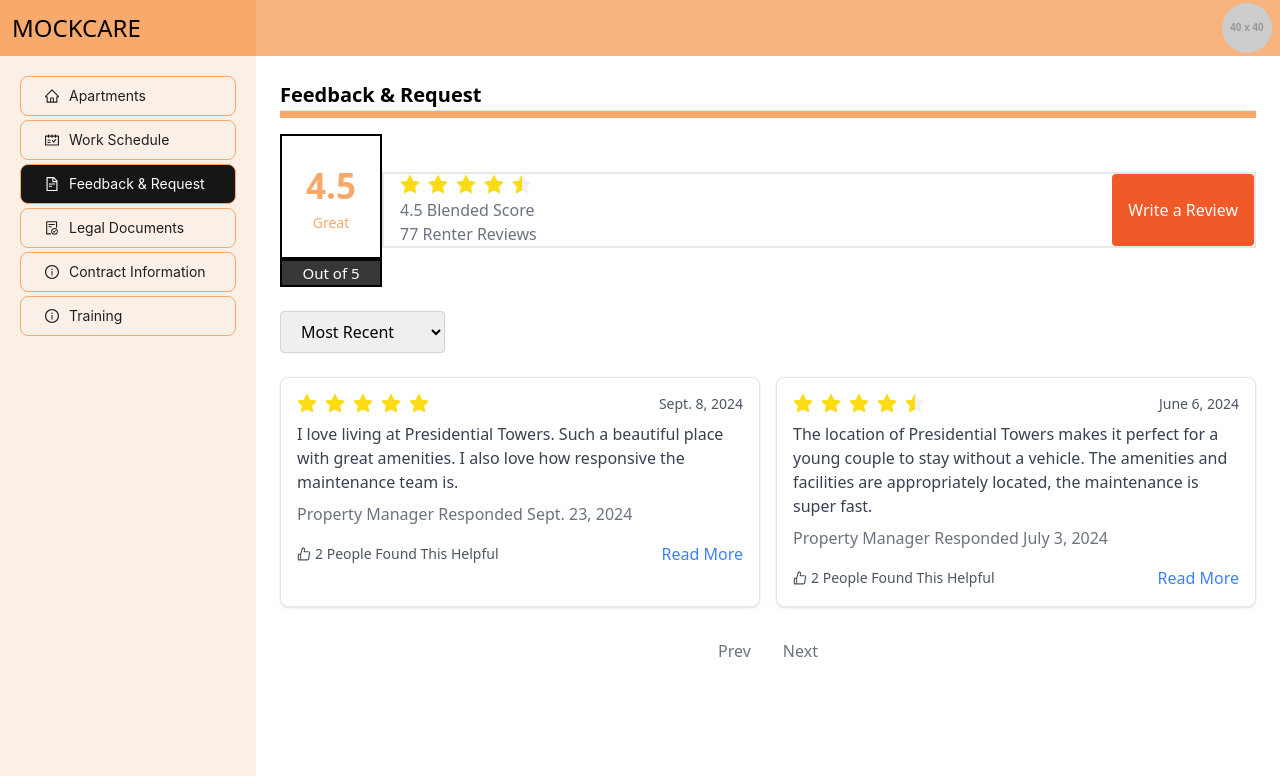
Repository: dunh-real/MockProject_102024_Nhom4
Page: / (app in frontend/)
An editor plug-in stored every save of this project. The page is shown before and after the next save, followed by the edit.
The browser window is 1280 px wide. The pictures show the whole page.
The project was rebuilt for these pictures with package versions that can differ from the ones it lists, and the page was loaded fresh each time. Also part of the build but not shown: frontend/vite.config.js, frontend/vite.config.ts, frontend/src/App.css, frontend/src/component/ReviewModal.tsx.

Above is the page before, as saved 2024-10-09 13:12:46.

### frontend/src/App.tsx

import './App.css'
import ReviewList from './pages/Feedback&Request/Feedback&Request'
// import LoginForm from './pages/Login/Login'

function App() {


  return (
    <>
      {/* <LoginForm/> */}
      <ReviewList/>
    </>
  )
}

export default App

### frontend/src/pages/Feedback&Request/Feedback&Request.tsx
import React, { useState } from 'react';
import { Rate } from 'antd'; // Dùng Antd cho Rate, có thể thay thế bằng biểu tượng của Tailwind nếu cần
import { LikeOutlined } from '@ant-design/icons';
import ReviewModal from '../../component/ReviewModal';
import Sidebar from '../../component/Sidebar';

interface Review {
    date: string;
    rating: number;
    text: string;
    managerResponse: string;
    helpfulCount: number;
}

const reviews: Review[] = [
    {
        date: 'Sept. 8, 2024',
        rating: 5,
        text: 'I love living at Presidential Towers. Such a beautiful place with great amenities. I also love how responsive the maintenance team is.',
        managerResponse: 'Property Manager Responded Sept. 23, 2024',
        helpfulCount: 2,
    },
    {
        date: 'June 6, 2024',
        rating: 4.5,
        text: 'The location of Presidential Towers makes it perfect for a young couple to stay without a vehicle. The amenities and facilities are appropriately located, the maintenance is super fast.',
        managerResponse: 'Property Manager Responded July 3, 2024',
        helpfulCount: 2,
    },
];

const ReviewList: React.FC = () => {
    const [showModal, setShowModal] = useState<boolean>(false);
    const [page, setPage] = useState<number>(1);

    const handlePageChange = (page: number) => {
        setPage(page);
    };

    const handleSortChange = (value: string) => {
        console.log(`Sort by: ${value}`);
    };

    return (
        <div className=" min-h-screen  bg-gray-50">
            <div className='flex  bg-[#f8a769d9]  justify-between items-center'>
                <div className=' bg-[#f8a769d9] p-3 w-1/5'>
                    <h1 className='text-2xl'>MOCKCARE</h1>
                </div>
                <div className="flex  justify-end">
                    <img
                        src="https://via.placeholder.com/40"
                        alt="Avatar"
                        className="rounded-full w-[50px] h-[50px] mr-2"
                    />
                </div>
            </div>
            <div className="flex">
                <Sidebar />
                <div className="w-4/5 p-6 bg-white">
                    <div className='mb-4'>
                        <h2 className='text-[20px] font-bold'>Feedback & Request</h2>
                        <hr className='h-[8px] bg-[#F8A869]' />
                    </div>
                    <div className="flex justify-between items-center mb-6">
                        <div className="flex flex-col   items-center">
                            <div className=" text-center text-[#F8A869] border-black border-2  p-6 ">
                                <div className=''>
                                    <p className="text-[35px] font-bold">4.5</p>
                                    <p className="text-sm text-[27px]">Great</p>
                                </div>

                            </div>
                            <div className="text-xs w-full border-black border-2 bg-[#000000c8]">
                                <p className='text-white p-1 text-[15px] text-center'>Out of 5</p>
                            </div>
                        </div>
                        <div className='border-2 w-full flex justify-between'>
                            <div className="ml-4 ">
                                <Rate allowHalf defaultValue={4.5} disabled />
                                <div className="text-gray-500">4.5 Blended Score</div>
                                <div className="text-gray-500">77 Renter Reviews</div>
                            </div>
                            <button
                                onClick={() => setShowModal(true)}
                                className="bg-[#f05a28] text-white px-4 py-2 rounded hover:bg-[#f25f30]"
                            >
                                Write a Review
                            </button>
                        </div>
                    </div>
                    <div className="mb-6 flex justify-between">
                        <select
                            onChange={(e) => handleSortChange(e.target.value)}
                            className="border border-gray-300 rounded px-4 py-2"
                        >
                            <option value="recent">Most Recent</option>
                            <option value="highest">Highest Rating</option>
                            <option value="lowest">Lowest Rating</option>
                        </select>
                    </div>
                    <div className="grid grid-cols-1 md:grid-cols-2 gap-4">
                        {reviews.slice((page - 1) * 2, page * 2).map((review, index) => (
                            <div key={index} className="p-4 border border-gray-200 rounded-lg bg-white shadow">
                                <div className="flex justify-between items-center mb-2">
                                    <Rate allowHalf defaultValue={review.rating} disabled />
                                    <span className="text-sm text-gray-600">{review.date}</span>
                                </div>
                                <p className="text-gray-700">{review.text}</p>
                                <p className="text-gray-500 mt-2">{review.managerResponse}</p>
                                <div className="flex justify-between items-center mt-4">
                                    <div className="flex items-center text-sm text-gray-600">
                                        <LikeOutlined className="mr-1" />
                                        {review.helpfulCount} People Found This Helpful
                                    </div>
                                    <button className="text-blue-500">Read More</button>
                                </div>
                            </div>
                        ))}
                    </div>
                    <div className="flex justify-center mt-6">
                        <button
                            onClick={() => handlePageChange(page - 1)}
                            className="px-4 py-2 text-gray-500"
                            disabled={page === 1}
                        >
                            Prev
                        </button>
                        <button
                            onClick={() => handlePageChange(page + 1)}
                            className="px-4 py-2 text-gray-500"
                        >
                            Next
                        </button>
                    </div>
                </div>
            </div>
            {showModal && <ReviewModal setShowModal={setShowModal} />}
        </div>
    );
};

export default ReviewList;

### frontend/src/component/Sidebar.tsx
import { Menu } from 'antd';
import { HomeOutlined, ScheduleOutlined, FileTextOutlined, FileDoneOutlined, InfoCircleOutlined } from '@ant-design/icons';

const Sidebar = () => {
  return (
    <div style={{ width: '20%', minHeight: '100vh', backgroundColor: '#FAF0E8', padding: '1rem' }}>
      <Menu
        defaultSelectedKeys={['feedback']}
        mode="inline"
        style={{ backgroundColor: '#FAF0E8', borderRight: 0 }}
      >
        <Menu.Item
          key="apartments"
          icon={<HomeOutlined />}
          style={{
            padding: '12px 24px',
            border:1, borderStyle:'solid', borderColor:'#F8A869'
          }}
        >
          Apartments
        </Menu.Item>
        <Menu.Item
          key="schedule"
          icon={<ScheduleOutlined />}
          style={{
            padding: '12px 24px',
            border:1, borderStyle:'solid', borderColor:'#F8A869'
          }}
        >
          Work Schedule
        </Menu.Item>
        <Menu.Item
          key="feedback"
          icon={<FileTextOutlined />}
          style={{
            backgroundColor: '#171615',
            color: 'white',
            padding: '12px 24px',
            border:1, borderStyle:'solid', borderColor:'#F8A869'
          }}
        >
          Feedback & Request
        </Menu.Item>
        <Menu.Item
          key="legal"
          icon={<FileDoneOutlined />}
          style={{
            padding: '12px 24px',
            border:1, borderStyle:'solid', borderColor:'#F8A869'
          }}
        >
          Legal Documents
        </Menu.Item>
        <Menu.Item
          key="contract"
          icon={<InfoCircleOutlined />}
          style={{
            padding: '12px 24px',
            border:1, borderStyle:'solid', borderColor:'#F8A869'
          }}
        >
          Contract Information
        </Menu.Item>
        <Menu.Item
          key="training"
          icon={<InfoCircleOutlined />}
          style={{
            padding: '12px 24px',
            border: 1, borderStyle: 'solid', borderColor: '#F8A869'
          }}
        >
          Training
        </Menu.Item>
      </Menu>
    </div>
  );
};

export default Sidebar;

Loaded but not shown: frontend/index.html (common file); frontend/src/main.jsx (common file); frontend/src/index.css (common file); frontend/tailwind.config.js (common file)

After the next save:
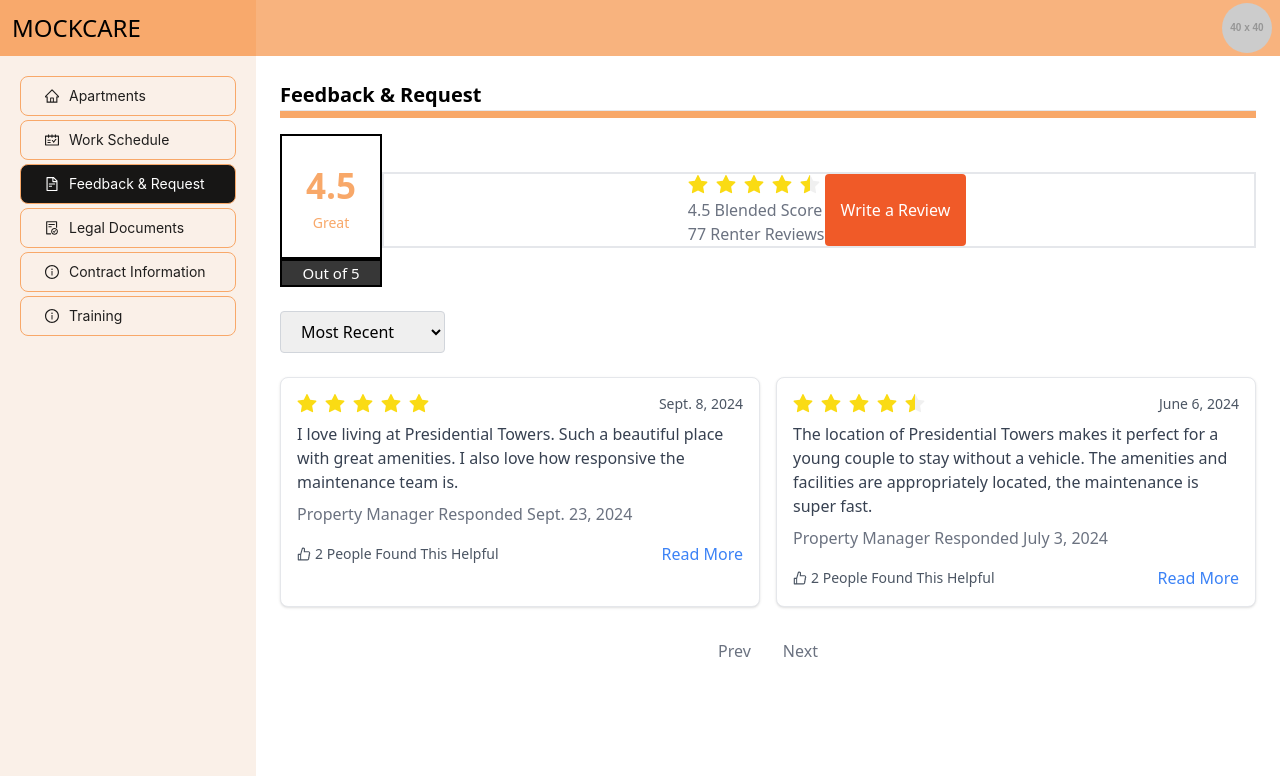
Saved 9 s later.
--- a/frontend/src/pages/Feedback&Request/Feedback&Request.tsx
+++ b/frontend/src/pages/Feedback&Request/Feedback&Request.tsx
@@ -75,7 +75,7 @@ const ReviewList: React.FC = () => {
                                 <p className='text-white p-1 text-[15px] text-center'>Out of 5</p>
                             </div>
                         </div>
-                        <div className='border-2 w-full flex justify-between'>
+                        <div className='border-2 w-full flex justify-center'>
                             <div className="ml-4 ">
                                 <Rate allowHalf defaultValue={4.5} disabled />
                                 <div className="text-gray-500">4.5 Blended Score</div>
